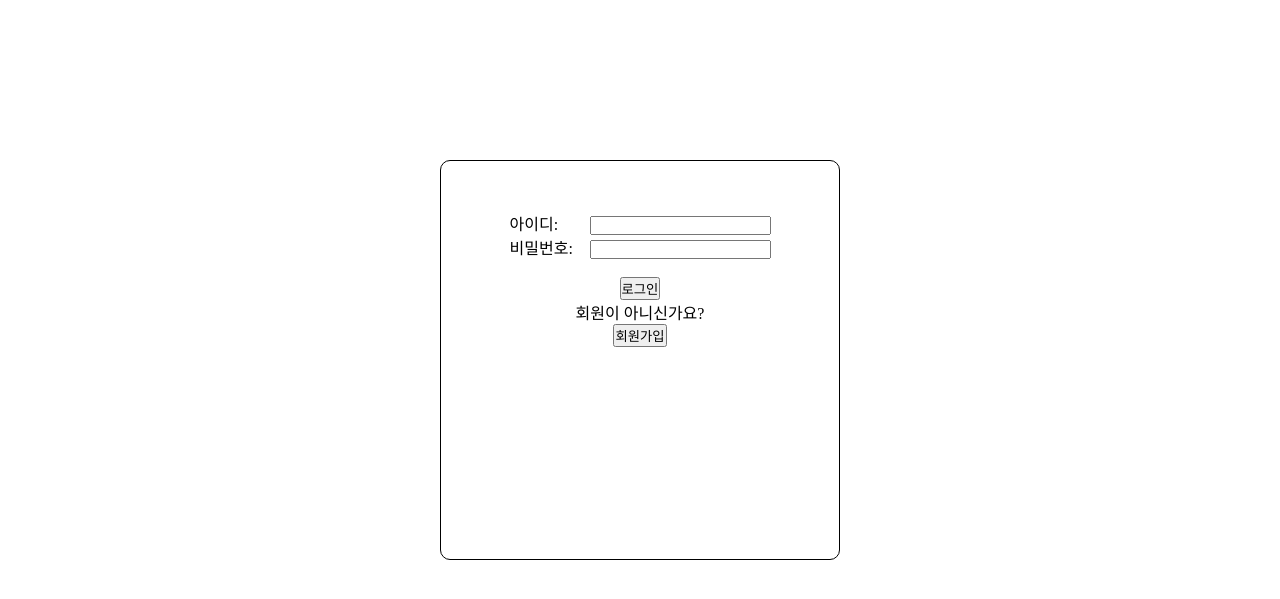
Repository: KGH1125/jsp_project
Page: http://localhost/jsp_project4/
These files come from the project's save history. The page is drawn as it stood at one moment and after the next save; the edit follows.
The browser window is 1280 px wide. The pictures show the whole page.
The page is served by Tomcat 9. Other server files are loaded and not shown.

Above is the page before, as saved 2023-05-30 01:41:22.

### jsp_project4/jsp_project4/src/main/webapp/main.jsp
<%@ page language="java" contentType="text/html; charset=UTF-8"
	pageEncoding="UTF-8"%>
<!DOCTYPE html>
<html>
<head>
<meta charset="UTF-8">
<title>Main</title>
<style type="text/css">
* {
	margin: 0;
	padding: 0;
	box-sizing: border-box;
}

.mainbox {
	width: 400px;
	height: 400px;
	border: 1px solid black;
	border-radius: 10px;
	left: 50%;
	top: 50%;
	position: absolute;
	transform: translate(-50%, -50%);
	text-align: center;
	padding: 50px;
}

.tspan {
	display: inline-block;
	width: 80px;
	text-align: left;
}
</style>

</head>
<body>
	<div class="mainbox">
		<form>
			<span class="tspan">아이디:</span><input type="text" name="id"><br>
			<span class="tspan">비밀번호:</span><input type="password" name="password"><br>
			<br>
			<button type="submit">로그인</button>
			<div>
				회원이 아니신가요?<br> <a><button>회원가입</button></a>
			</div>
		</form>

	</div>

</body>
</html>

After the next save:
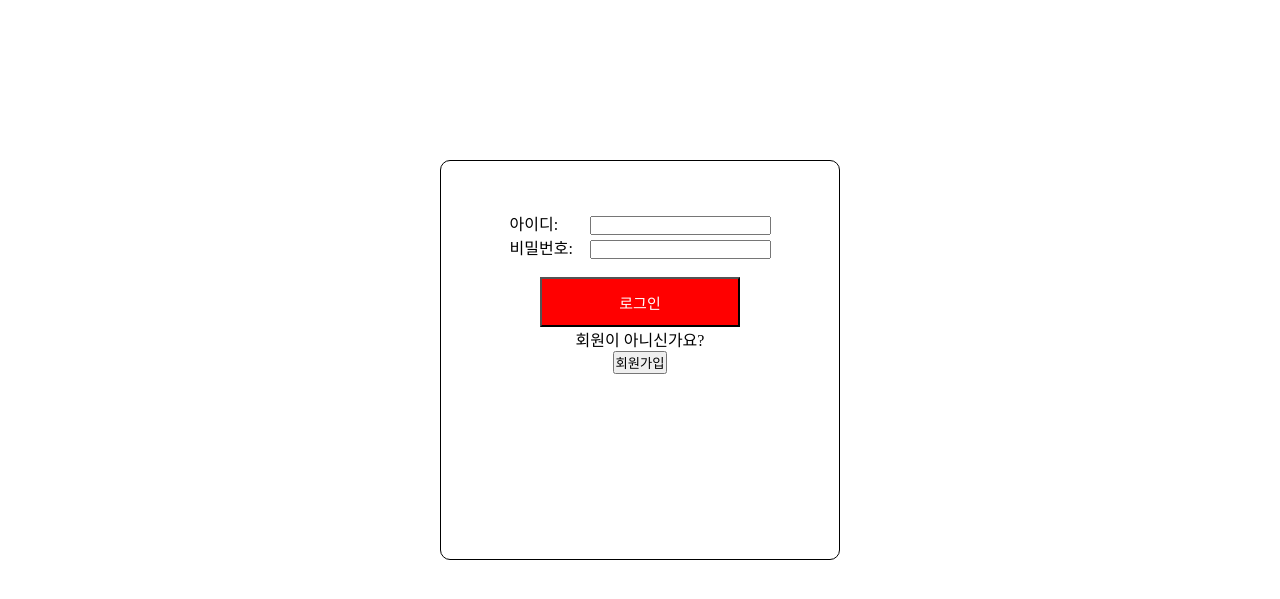
Saved 96 s later.
--- a/jsp_project4/jsp_project4/src/main/webapp/main.jsp
+++ b/jsp_project4/jsp_project4/src/main/webapp/main.jsp
@@ -30,6 +30,13 @@
 	width: 80px;
 	text-align: left;
 }
+.loginbtn{
+width: 200px;
+height: 50px;
+color: white;
+background-color: red;
+font-size: 15px;
+}
 </style>
 
 </head>
@@ -39,7 +46,7 @@
 			<span class="tspan">아이디:</span><input type="text" name="id"><br>
 			<span class="tspan">비밀번호:</span><input type="password" name="password"><br>
 			<br>
-			<button type="submit">로그인</button>
+			<button class="loginbtn" type="submit">로그인</button>
 			<div>
 				회원이 아니신가요?<br> <a><button>회원가입</button></a>
 			</div>
